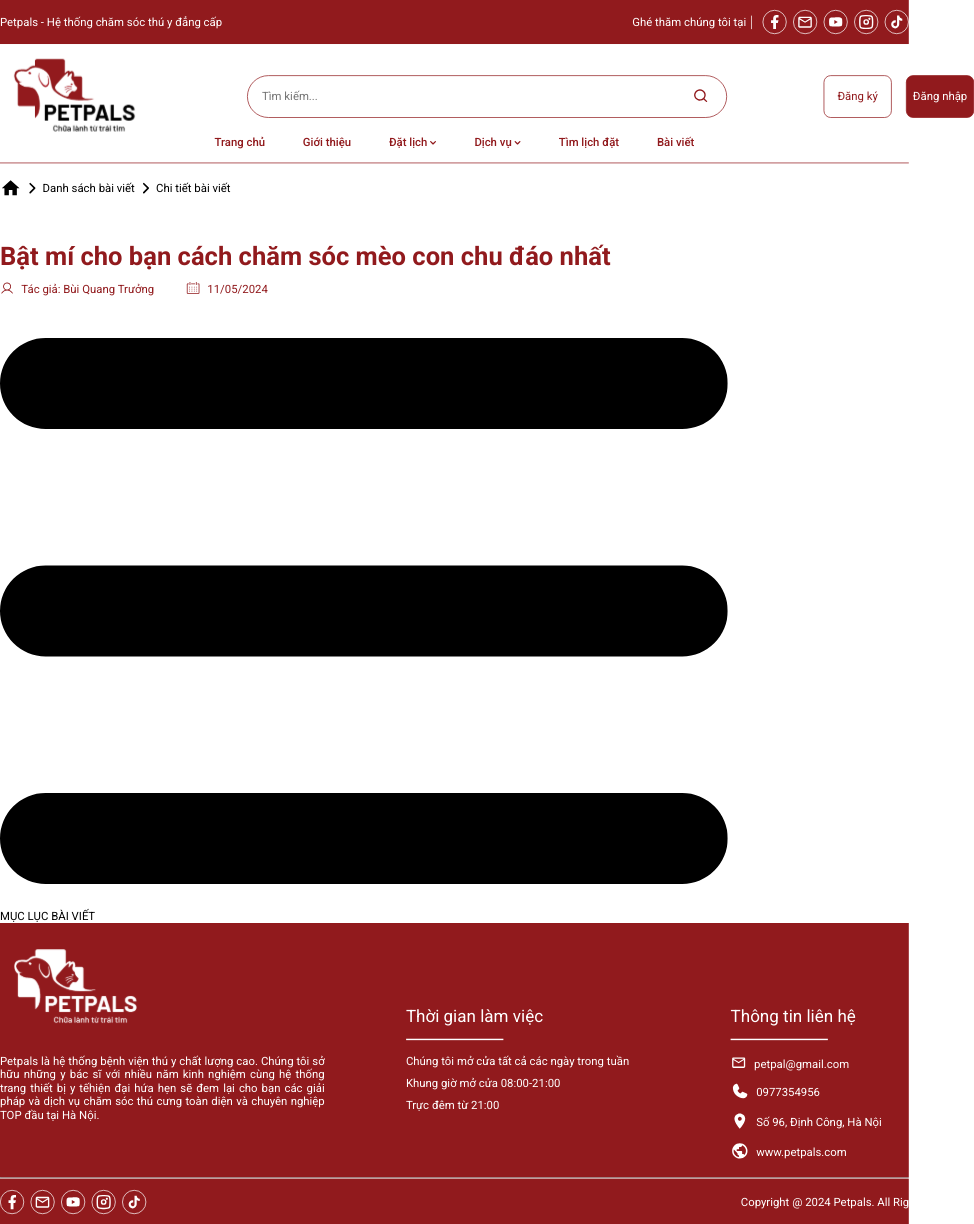
Repository: ahntrung1909/Petpals
Page: /danh-sach-bai-viet/chi-tiet-bai-viet (app in petpals-user-main/)
An editor plug-in stored every save of this project. The page is shown before and after the next save, followed by the edit.
The browser window is 1280 px wide. The page is 1372 px wide, so the pictures cover 1372 px, including what lies to the right of the window. The pictures show the whole page, at 71% of full size.
The project was rebuilt for these pictures with package versions that can differ from the ones it lists, and the page was loaded fresh each time. The framework's server and built-in components were replaced by stand-ins that run in the browser. Also part of the build but not shown: petpals-user-main/next.config.js, petpals-user-main/next.config.mjs.

Above is the page before, as saved 2024-04-14 17:45:05.

### petpals-user-main/src/app/layout.js
import { Footer } from "@/components/Footer/Footer";
import "./global.scss";
import { Header } from "@/components/Header/Header";
import { ToastContainer } from "react-toastify";
import "react-toastify/dist/ReactToastify.css";
import { Button, ConfigProvider, Space } from "antd";

export const metadata = {
  title: "Petpals - Chữa lành từ trái tim",
  description: "Petpals",
};

export default function RootLayout({ children }) {
  return (
    <html lang="en">
      <body>
        <Header />
        <ToastContainer />
        <ConfigProvider
          theme={{
            token: {
              colorPrimary: "#911A1D",
              fontFamily: "Roboto",
            },
            components: {
              DatePicker: {
                inputFontSize: 16,
              },
              Menu: {
                itemBg: "transparent",
                subMenuItemBg: "transparent",
                activeBarBorderWidth: 0,
                itemSelectedBg: "rgba(145, 26, 29, 0.05)",
                itemBorderRadius: 0,
              },
            },
          }}
        >
          {children}
        </ConfigProvider>
        <Footer />
      </body>
    </html>
  );
}

### petpals-user-main/src/app/danh-sach-bai-viet/chi-tiet-bai-viet/page.js
import React from "react";
import "./style.scss";

export default function page() {
  return (
    <main>
      <div className="breadcrumb">
        <img src="/icon/ic_baseline-home.svg" alt="" />
        <img src="/icon/iconamoon_arrow-right-2.svg" alt="" />
        <p>Danh sách bài viết</p>
        <img src="/icon/iconamoon_arrow-right-2.svg" alt="" />
        <p>Chi tiết bài viết</p>
      </div>
      <div className="article-section">
        <div className="article-section-left">
          <h1 className="article-title">
            Bật mí cho bạn cách chăm sóc mèo con chu đáo nhất
          </h1>
          <div className="article-author-time">
            <div className="article-item">
              <img src="/icon/ph_user.svg" alt="" />
              <p>Tác giả: Bùi Quang Trưởng</p>
            </div>
            <div className="article-item">
              <img src="/icon/clarity_date-line.svg" alt="" />
              <p>11/05/2024</p>
            </div>
          </div>
          <div className="menu">
            <div style={{ flex: "flex" }}>
              <img src="/icon/hamberger.svg" alt="" />
              <p>MỤC LỤC BÀI VIẾT</p>
            </div>
          </div>
        </div>
      </div>
    </main>
  );
}

### petpals-user-main/src/components/Footer/Footer.js
import { Socialicon } from "../Socialicon/Socialicon";
import "./style.scss";
export const Footer = () => {
  return (
    <footer>
      <div className="row row-1">
        <div className="logo">
          <img src="/img/logo_am_ban.svg" alt="" />
        </div>
        <div className="working-time">Thời gian làm việc</div>
        <div className=" contact-info">Thông tin liên hệ</div>
      </div>
      <div className="row">
        <div className="about">
          Petpals là hệ thống bệnh viện thú y chất lượng cao. Chúng tôi sở hữu
          những y bác sĩ với nhiều năm kinh nghiệm cùng hệ thống trang thiết bị
          y tếhiện đại hứa hẹn sẽ đem lại cho bạn các giải pháp và dịch vụ chăm
          sóc thú cưng toàn diện và chuyên nghiệp TOP đầu tại Hà Nội.
        </div>
        <ul className="working-time-more">
          <li>Chúng tôi mở cửa tất cả các ngày trong tuần</li>
          <li>Khung giờ mở cửa 08:00-21:00</li>
          <li>Trực đêm từ 21:00</li>
        </ul>
        <ul className="contact-info-more">
          <li className="contact-item">
            <span>
              <img src="/icon/material-symbols_mail-outline.svg" alt="" />
            </span>
            petpal@gmail.com
          </li>
          <li className="contact-item">
            <span>
              <img src="/icon/ph_phone-fill.svg" alt="" />
            </span>
            0977354956
          </li>
          <li className="contact-item">
            <span>
              <img src="/icon/mdi_location.svg" alt="" />
            </span>
            Số 96, Định Công, Hà Nội
          </li>
          <li className="contact-item">
            <span>
              <img src="/icon/mdi_earth.svg" alt="" />
            </span>
            www.petpals.com
          </li>
        </ul>
      </div>
      <hr />
      <div className="footer-bottom">
        <Socialicon />
        <div>Copyright @ 2024 Petpals. All Rights Reverved</div>
      </div>
    </footer>
  );
};

### petpals-user-main/src/app/global.scss
@import url("https://fonts.googleapis.com/css2?family=Roboto:ital,wght@0,100;0,300;0,400;0,500;0,700;0,900;1,100;1,300;1,400;1,500;1,700;1,900&display=swap");
@import "../style/variable";
* {
  padding: 0;
  margin: 0;
  box-sizing: border-box;
}
body {
  font-family: "Roboto", sans-serif;
  font-size: 16px;
}
a {
  text-decoration: none;
  color: black;
}
ul,
li {
  list-style: none;
}
input,
textarea {
  width: 100%;
  border: none;
  outline: none;
  font-family: "Roboto", sans-serif;
  font-size: 16px;
}
img {
  width: 100%;
}
button {
  font-family: "Roboto", sans-serif;
  font-size: 16px;
}
label {
  font-family: "Roboto", sans-serif;
  font-size: 16px;
}

// custom scroll bar
::-webkit-scrollbar-track {
  background-color: #f5f5f5;
}

::-webkit-scrollbar {
  width: 6px;
  height: 6px;
  background-color: #f5f5f5;
}

::-webkit-scrollbar-thumb {
  background-image: linear-gradient($BROWN_500, $RED_500);
  // border-radius: 10px;
}
::-webkit-scrollbar-thumb:horizontal {
  background-image: linear-gradient(to right, $BROWN_500, $RED_500);
  // border-radius: 10px;
}

### petpals-user-main/src/app/danh-sach-bai-viet/chi-tiet-bai-viet/style.scss
@import "../../../style/variable";
@import "../../../style/base";

.article-section {
  width: 1372px;
  margin: 0 auto;
  margin-top: 60px;
  display: flex;
  gap: 20px;
}
.article-section-left {
  width: 1025px;
  h1 {
    font-size: 36px;
    color: $BROWN_500;
    margin-bottom: 14px;
  }
  .article-author-time {
    display: flex;
    align-items: center;
    gap: 45px;
    margin-bottom: 28px;
    .article-item {
      display: flex;
      align-items: center;
      gap: 10px;
      img {
        width: 20px;
        height: 20px;
      }
      p {
        color: $BROWN_500;
      }
    }
  }
}

### petpals-user-main/src/components/Socialicon/Socialicon.js
import "./style.scss";
export const Socialicon = () => {
  return (
    <div className="list-social-icon">
      <div className="icon-item">
        <img src="/icon/ri_facebook-fill.svg" alt="icon-facebook" />
      </div>
      <div className="icon-item">
        <img src="/icon/material-symbols_mail-outline.svg" alt="icon-mail" />
      </div>
      <div className="icon-item">
        <img src="/icon/mdi_youtube.svg" alt="icon-youtube" />
      </div>
      <div className="icon-item">
        <img src="/icon/lets-icons_insta.svg" alt="icon-insta" />
      </div>
      <div className="icon-item">
        <img src="/icon/ic_baseline-tiktok.svg" alt="icon-tiktok" />
      </div>
    </div>
  );
};

### petpals-user-main/src/components/Footer/style.scss
@import "../../style/variable";
footer {
  display: block;
  width: 100vw;
  height: 424px;
  background-color: $BROWN_500;
  padding: 20px 0;
}
.row {
  width: 1372px;
  margin: 0 auto;
  display: grid;
  grid-template-columns: repeat(12, 1fr);
  row-gap: 20px;
  color: white;
  margin-bottom: 20px;
}
.row-1 {
  align-items: flex-end;
}
.logo {
  width: 214px;
  grid-column: 1/5;
}
.working-time {
  grid-column: 6/10;
  position: relative;
  font-size: 24px;
  padding-bottom: 20px;
  &::after {
    content: "";
    width: 137px;
    height: 2px;
    background-color: white;
    position: absolute;
    left: 0;
    bottom: 0;
  }
}
.contact-info {
  position: relative;
  grid-column: 10/13;
  font-size: 24px;
  padding-bottom: 20px;
  &::after {
    content: "";
    width: 137px;
    height: 2px;
    background-color: white;
    position: absolute;
    left: 0;
    bottom: 0;
  }
}
.about {
  grid-column: 1/5;
  text-align: justify;
}
.working-time-more {
  grid-column: 6/10;
  display: flex;
  flex-direction: column;
  gap: 12px;
}
.contact-info-more {
  grid-column: 10/13;
  display: flex;
  flex-direction: column;
  gap: 12px;
}
.contact-item {
  display: flex;
  gap: 10px;
  align-items: center;
}
.footer-bottom {
  width: 1372px;
  margin: 0 auto;
  margin-top: 16px;
  color: white;
  display: flex;
  align-items: center;
  justify-content: space-between;
}

### petpals-user-main/src/style/_variable.scss
$BROWN_50: rgb(244, 232, 232);
$BROWN_100: rgb(221, 184, 185);
$BROWN_200: rgb(204, 150, 151);
$BROWN_300: rgb(181, 102, 104);
$BROWN_400: rgb(167, 72, 74);
$BROWN_500: rgb(145, 26, 29);
$BROWN_600: rgb(132, 24, 26);
$BROWN_700: rgb(103, 18, 21);
$BROWN_800: rgb(80, 14, 16);
$BROWN_900: rgb(61, 11, 12);
$RED_50: rgb(255, 247, 247);
$RED_100: rgb(255, 230, 231);
$RED_200: rgb(255, 217, 219);
$RED_300: rgb(255, 200, 202);
$RED_400: rgb(255, 189, 192);
$RED_500: rgb(255, 173, 176);
$RED_600: rgb(232, 157, 160);
$RED_700: rgb(181, 123, 125);
$RED_800: rgb(140, 95, 97);
$RED_900: rgb(107, 73, 74);
$BROWN_DARK_50: rgb(236, 233, 233);
$BROWN_DARK_100: rgb(195, 186, 186);
$BROWN_DARK_200: rgb(165, 152, 152);
$BROWN_DARK_300: rgb(124, 105, 106);
$BROWN_DARK_400: rgb(99, 76, 77);
$BROWN_DARK_500: rgb(60, 31, 32);
$BROWN_DARK_600: rgb(55, 28, 29);
$BROWN_DARK_700: rgb(43, 22, 23);
$BROWN_DARK_800: rgb(33, 17, 18);
$BROWN_DARK_900: rgba(25, 13, 13, 0.2);

### petpals-user-main/src/components/Header/style.scss
@import "../../style/_variable";

header {
  height: 230px;
  border-bottom: 1px solid $BROWN_500;
}
div:has(.wrap):nth-child(1) {
  background-color: $BROWN_500;
  height: 62px;
  display: flex;
  align-items: center;
}
.wrap {
  width: 1372px;
  margin: 0 auto;
}
.top-header {
  display: flex;
  justify-content: space-between;
  align-items: center;
  color: white;
}
.social-connect {
  display: flex;
  align-items: center;
  gap: 15px;
}
.social-connect > p {
  padding: 0px 7px;
  border-right: 1px solid white;
}
div:has(.wrap):nth-child(2) {
  padding-top: 18px;
}
.main-header {
  display: flex;
  align-items: center;
  justify-content: space-between;
}
.petpals-logo {
  display: block;
  width: 211px;
  height: 111px;
}
.header-main-right {
  display: flex;
  width: 1024px;
  justify-content: space-between;
  align-items: center;
}
.search-input {
  display: flex;
  position: relative;

  input {
    width: 676px;
    height: 60px;
    padding: 0px 60px 0px 20px;
    border: 1px solid $BROWN_500;
    border-radius: 99px;
    display: flex;
    justify-content: center;
    align-items: center;
  }
  .icon-item {
    right: 20px;
    top: 50%;
    transform: translateY(-50%);
    position: absolute;
    cursor: pointer;
  }
}
.btn-group {
  display: flex;
  gap: 20px;
  text-align: center;
  .btn {
    display: flex;
    justify-content: center;
    align-items: center;
    width: 96px;
    height: 60px;
    border: 1px solid $BROWN_500;
    border-radius: 10px;
    color: $BROWN_500;
  }
  .btn:nth-child(1):hover {
    background-color: $BROWN_500;
    color: white;
  }
  .btn:nth-child(2) {
    color: white;
    background-color: $BROWN_500;
    &:hover {
      background-color: $BROWN_300;
    }
  }
}
.nav {
  display: flex;
  align-items: center;
  justify-content: space-between;
  width: 676px;
  margin: 0 auto;
  color: $BROWN_500;
  font-weight: 500;
  z-index: 99;

  &-item {
    display: flex;
    position: relative;
    align-items: center;
    cursor: pointer;
    padding-bottom: 8px;
    &.active > span,
    &.active > a {
      font-weight: 900;
    }
    &:hover .sub-nav:not(.nav-2) {
      display: flex;
    }
    span {
      display: flex;
      justify-content: center;
      align-items: center;
      color: $BROWN_500;
    }
    a {
      display: flex;
      justify-content: center;
      align-items: center;
      color: $BROWN_500;
      width: 100%;
      height: 100%;
    }
    &:hover > a {
      color: $RED_500;
    }
    &:hover > span {
      color: $RED_500;
    }
  }
}
.sub-nav {
  position: absolute;
  z-index: 99;
  top: 100%;
  left: 0;
  border-radius: 10px;
  box-shadow: 0 15px 15px 15px rgba(0, 0, 0, 0.05);
  box-shadow: 0 15px 15px rgba(0, 0, 0, 0.1);
  border: 0.5px solid rgba(0, 0, 0, 0.15);
  background-color: white;
  padding: 8px;
  display: none;
  flex-direction: column;
  gap: 8px;
  &.nav-2 {
    position: absolute;
    top: 0;
    left: 100%;
    transform: translate(8px, -8px);
    display: none;
  }
  &-item {
    position: relative;
    display: flex;
    align-items: center;
    justify-content: space-between;
    &::after {
      content: "";
      width: 8px;
      height: 100%;
      position: absolute;
      top: 0;
      right: -8px;
    }
    &:hover {
      background-color: rgba(0, 0, 0, 0.05);
    }
    &:hover .sub-nav.nav-2 {
      display: flex;
    }
    a {
      width: 100%;
      height: 100%;
      display: flex;
      justify-content: left;
      padding: 12px 16px;
    }
    span {
      padding: 12px 16px;
    }
    &-active > span,
    &-active > a {
      font-weight: 600;
    }
  }
}
.user-login-controller {
  display: flex;
  align-items: center;
  gap: 8px;
  cursor: pointer;
  position: relative;

  &:hover .sub-nav {
    display: flex;
    left: inherit;
    right: 0;
  }
  .user-img {
    width: 56px;
    height: 56px;
    img {
      border-radius: 50%;
    }
  }
}
.icon-bell {
  width: 30px;
  height: 30px;
  position: relative;
  .number-bell {
    position: absolute;
    top: 0;
    right: 0;
    transform: translate(36%, -30%);
    width: 20px;
    height: 20px;
    font-size: 12px;
    font-weight: 500;
    color: white;
    display: flex;
    justify-content: center;
    align-items: center;
    background-color: $RED_500;
    border-radius: 50%;
  }
  .menu-bell {
    display: none;
    position: absolute;
    right: 0;
    bottom: -20px;
    transform: translateY(100%);
    background-color: white;
    width: 554px;
    height: 468px;
    padding: 20px;
    border-radius: 10px;
    z-index: 99;
    box-shadow: 0 0 8px 4px rgba(0, 0, 0, 0.2);
    &.menu-bell-active {
      display: block;
    }
    ::after {
      content: "";
      width: 20px;
      height: 20px;
      background-color: white;
      position: absolute;
      right: 14px;
      top: 0;
      transform: translate(0, -50%);
      rotate: 45deg;
    }
    h3 {
      text-transform: uppercase;
      color: $BROWN_500;
      font-size: 22px;
      margin-bottom: 10px;
    }
    .menu-item {
      display: flex;
      flex-direction: column;
      gap: 10px;
      padding: 8px 0;
      border-bottom: 1px solid rgba(0, 0, 0, 0.25);
      &:hover {
        background-color: $BROWN_50;
      }
      .content {
        font-size: 20px;
      }
      .time {
        font-size: 12px;
      }
      span {
        text-align: left;
        padding: 0 8px;
      }
    }
    .container {
      height: 400px;
      overflow: scroll;
    }
  }
  .overlay {
    display: none;
    position: fixed;
    width: 100vw;
    height: 100vh;
    inset: 0;
    z-index: 20;
    background-color: rgba(0, 0, 0, 0.25);
    cursor: pointer;
    &.overlay-active {
      display: block;
    }
  }
}

### petpals-user-main/src/style/_base.scss
.section-heading {
  width: fit-content;
  margin: 60px auto;
  color: $BROWN_500;
  position: relative;
  font-size: 24px;
  font-weight: 800;
  text-transform: uppercase;
  &::after {
    content: "";
    width: 80%;
    height: 3px;
    position: absolute;
    bottom: -16px;
    left: 50%;
    transform: translateX(-50%);
    background-color: $BROWN_500;
  }
}
.breadcrumb {
  width: 1372px;
  margin: 0 auto;
  display: flex;
  align-items: center;
  padding-top: 20px;
  img {
    width: 30px;
    height: 30px;
  }
}

### petpals-user-main/src/components/Socialicon/style.scss
.list-social-icon {
  display: flex;
  gap: 9px;
}
.icon-item {
  width: 34px;
  height: 34px;
  border: 1px solid white;
  padding: 4px;
  border-radius: 99px;
  display: flex;
  justify-content: center;
  align-items: center;
}

Loaded but not shown: petpals-user-main/src/components/Header/Header.js (334 lines, source omitted)

After the next save:
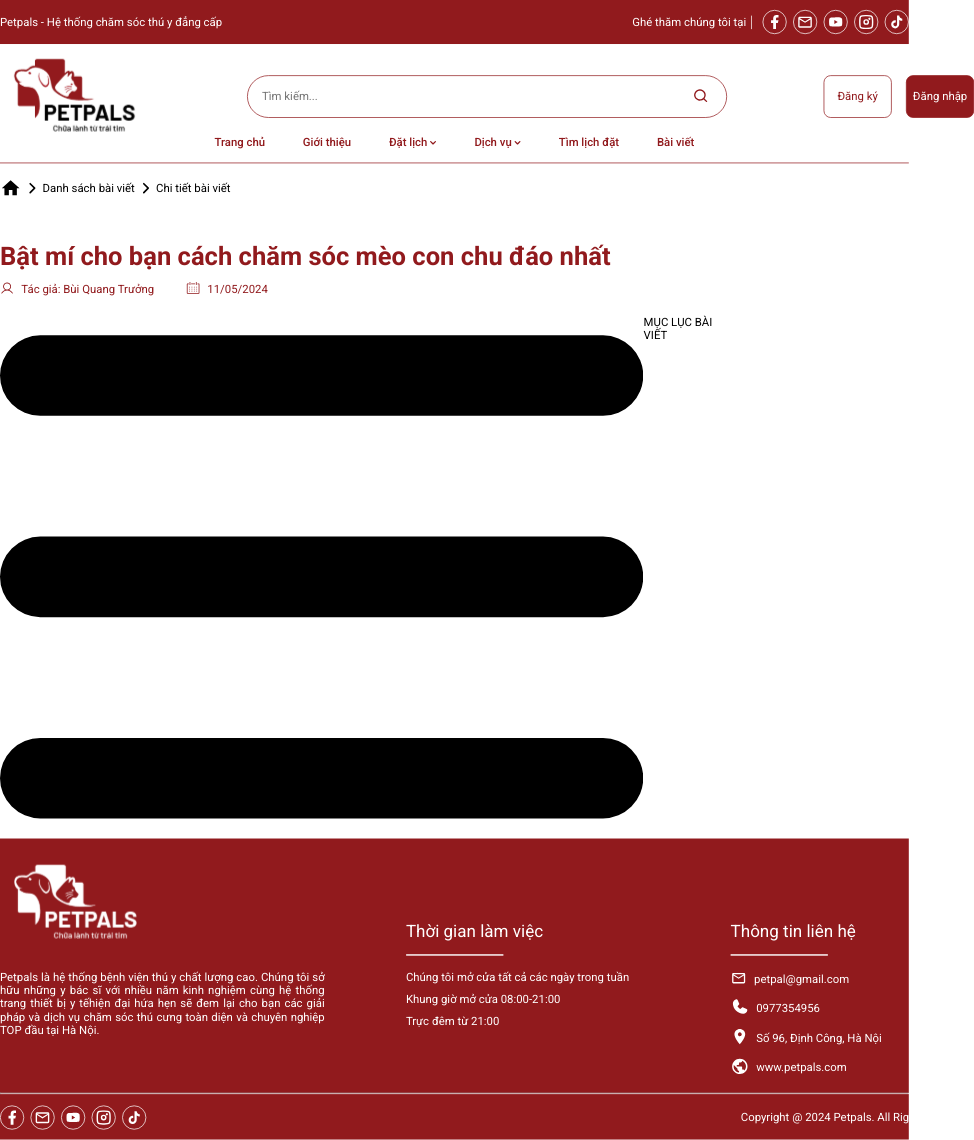
Saved 6 s later.
--- a/petpals-user-main/src/app/danh-sach-bai-viet/chi-tiet-bai-viet/page.js
+++ b/petpals-user-main/src/app/danh-sach-bai-viet/chi-tiet-bai-viet/page.js
@@ -27,7 +27,7 @@ export default function page() {
             </div>
           </div>
           <div className="menu">
-            <div style={{ flex: "flex" }}>
+            <div style={{ display: "flex" }}>
               <img src="/icon/hamberger.svg" alt="" />
               <p>MỤC LỤC BÀI VIẾT</p>
             </div>
